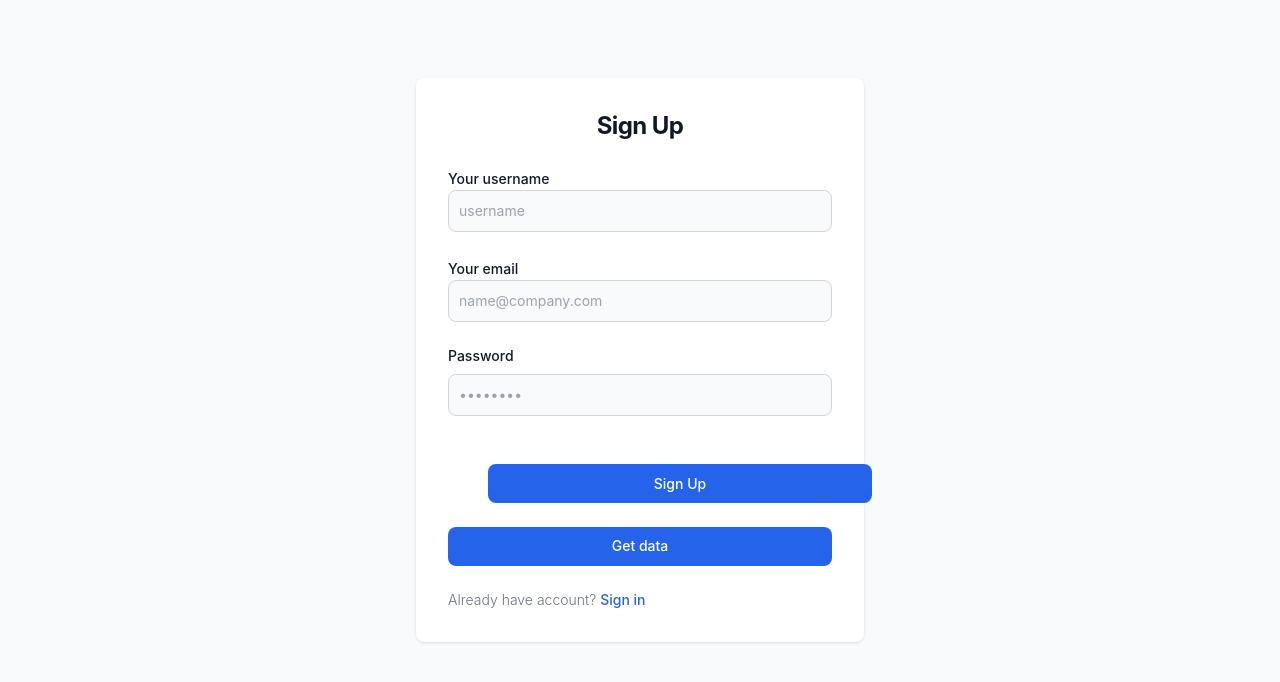
Repository: Than-sothearak/news-today
Page: /register (app in client/)
These files come from the project's save history. The page is drawn as it stood at one moment and after the next save; the edit follows.
The browser window is 1280 px wide. The pictures show the whole page.
The project was rebuilt for these pictures with package versions that can differ from the ones it lists, and the page was loaded fresh each time. Also part of the build but not shown: client/vite.config.js, client/data.js, client/src/components/Post.jsx, client/src/components/HeroBanner.jsx, client/src/page/Home.jsx, client/src/page/Login.jsx, client/src/page/Single.jsx, client/src/page/Write.jsx and 3 more.

Above is the page before, as saved 2023-03-05 17:37:43.

After the next save:
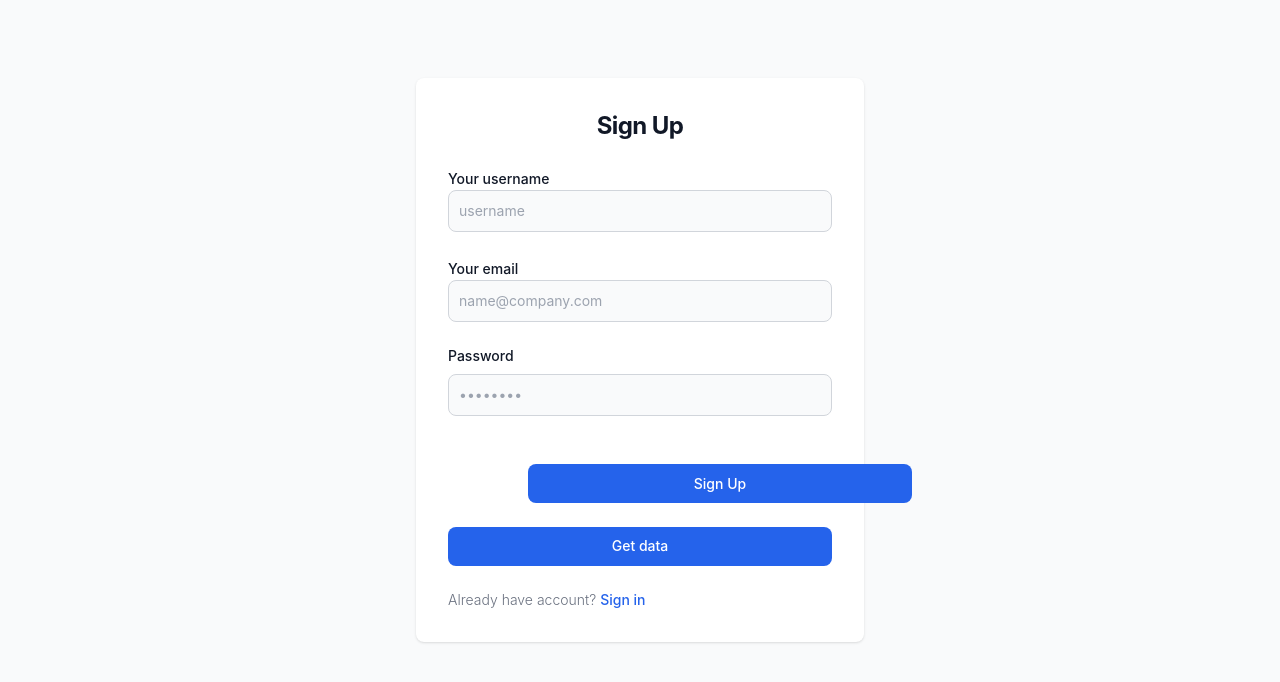
Saved 6 s later.
--- a/client/src/page/Register.jsx
+++ b/client/src/page/Register.jsx
@@ -110,7 +110,7 @@ export const Register = () => {
               </div>
               <button
                 type="submit"
-                className="m-10 w-full text-white bg-primary-600 hover:bg-primary-700 focus:ring-4 focus:outline-none focus:ring-primary-300 font-medium rounded-lg text-sm text-center dark:bg-primary-600 dark:hover:bg-primary-700 dark:focus:ring-primary-800"
+                className="m-20 w-full text-white bg-primary-600 hover:bg-primary-700 focus:ring-4 focus:outline-none focus:ring-primary-300 font-medium rounded-lg text-sm text-center dark:bg-primary-600 dark:hover:bg-primary-700 dark:focus:ring-primary-800"
               >
                 Sign Up
               </button>
